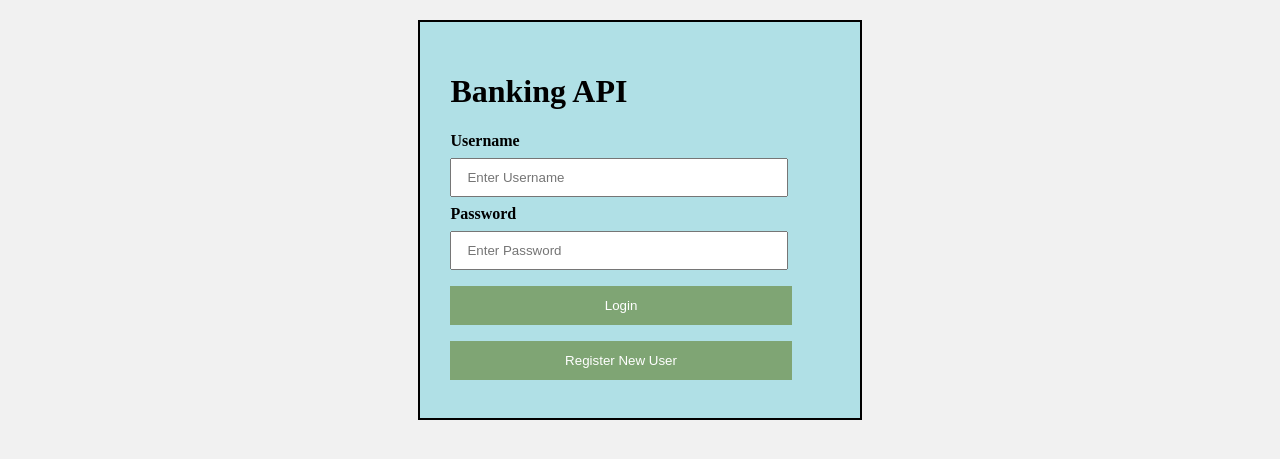
Repository: kennyufish/Revature_ROCP1_Project_Banking_API
Page: banking_api/src/main/webapp/index.html
An editor plug-in stored every save of this project. The page is shown before and after the next save, followed by the edit.
The browser window is 1280 px wide. The pictures show the whole page.

Above is the page before, as saved 2020-10-10 04:58:30.

After the next save:
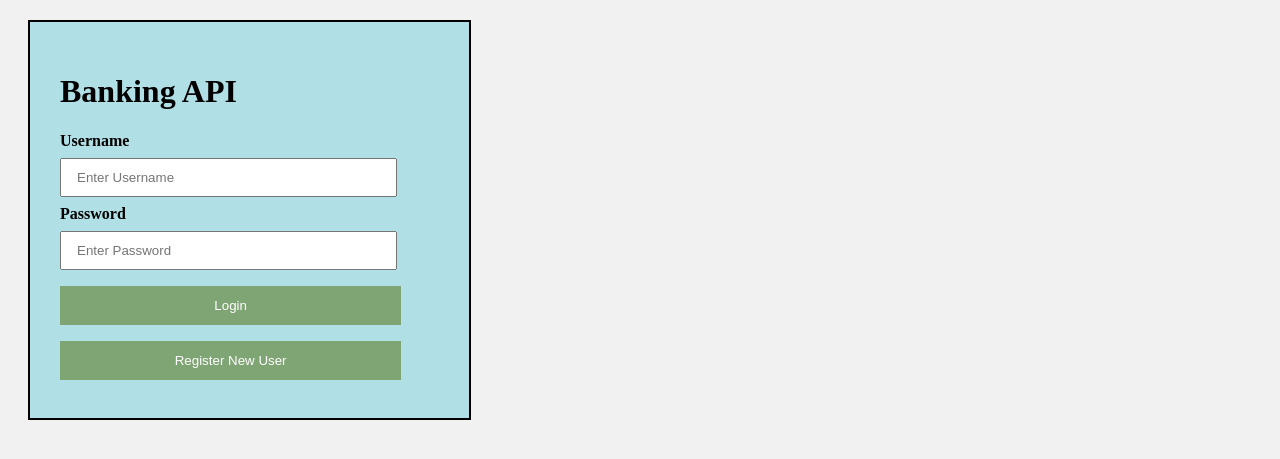
Saved 12 s later.
--- a/banking_api/src/main/webapp/index.html
+++ b/banking_api/src/main/webapp/index.html
@@ -17,7 +17,7 @@
 	border: 2px solid black;
 	padding: 30px;
 	width: 30%;
-	margin: 20px auto;
+	margin: 20px 20px auto;
 }
 input[type=text],input[type=password]{
 	width:80%;

After the save that followed:
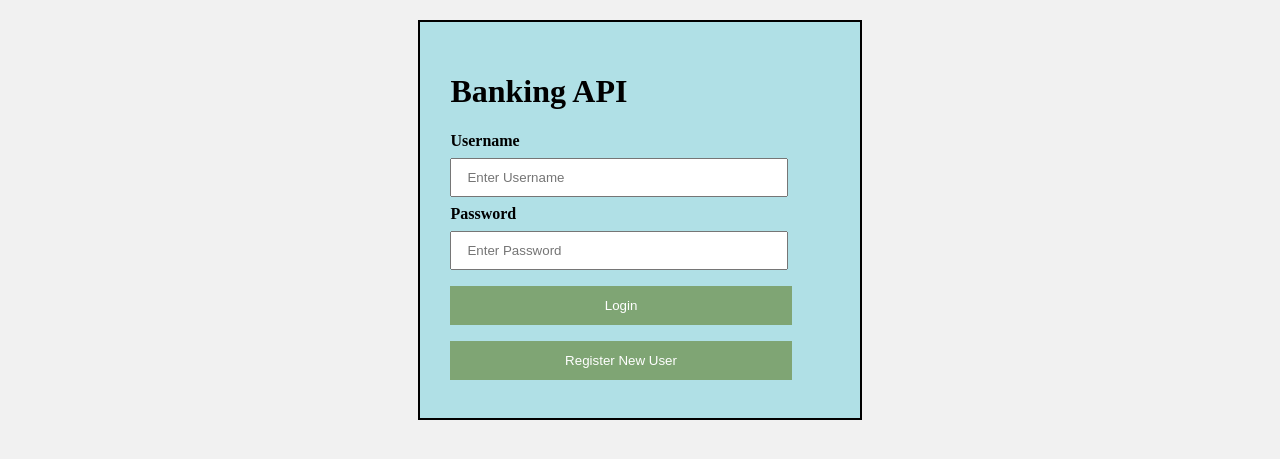
Saved 8 s later.
--- a/banking_api/src/main/webapp/index.html
+++ b/banking_api/src/main/webapp/index.html
@@ -17,7 +17,7 @@
 	border: 2px solid black;
 	padding: 30px;
 	width: 30%;
-	margin: 20px 20px auto;
+	margin: 20px auto;
 }
 input[type=text],input[type=password]{
 	width:80%;
